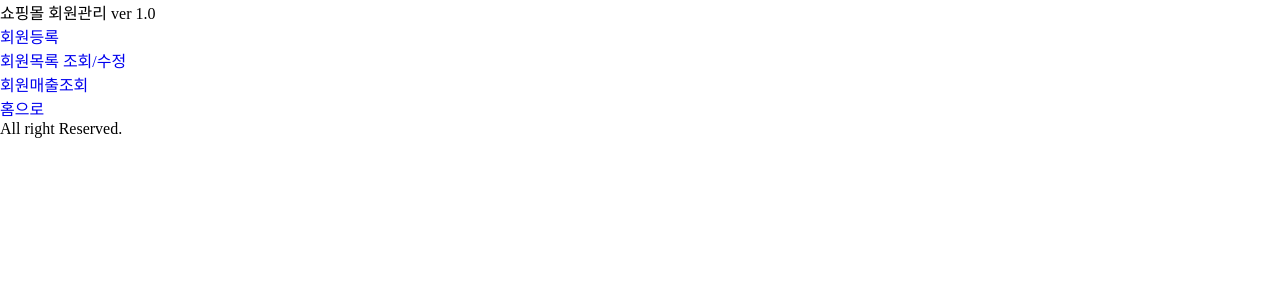
Repository: foodduck/HRD_exam
Page: http://localhost/HRD_1234/
The author's editor kept a copy of each file at every save. The page is drawn from the files as they stood at one save, then again after the next save.
The browser window is 1280 px wide. The pictures show the whole page.
The page is served by Tomcat 9.

Above is the page before, as saved 2022-02-11 09:04:05.

### HRD_1234/WebContent/index.jsp
<%@ page language="java" contentType="text/html; charset=UTF-8"
    pageEncoding="UTF-8"%>
<!DOCTYPE html PUBLIC "-//W3C//DTD HTML 4.01 Transitional//EN" "http://www.w3.org/TR/html4/loose.dtd">
<html>
<head>
<meta http-equiv="Content-Type" content="text/html; charset=UTF-8">
<title>메인 메뉴</title>
<style>
	* {margin:0; padding:0}
	body, html {width:100%}
	ul {list-style:none;}
	a {text-decoration:none;}
	.wrap {width:100%; clear:both;}
</style>
</head>
<body>
<div class="wrap">
	<header class="hd">
	<div class="hd_wrap">
		<p>쇼핑몰 회원관리 ver 1.0</p>
	</div>
	</header>
	<nav>
	<ul class="tnb">
		<li><a href="makecustNo.jsp">회원등록</a></li>
		<li><a href="memberList.jsp">회원목록 조회/수정</a></li>
		<li><a href="memberSales">회원매출조회</a></li>
		<li><a href="index.jsp">홈으로</a></li>
	</ul>
	</nav>
	<section class="sec">
		<div class="sec_wrap">

		</div>
	</section>
	<footer class="ft">
	<div class="ft_wrap">
		<p>All right Reserved.</p>
	</div>
	</footer>
</div>
</body>
</html>

After the next save:
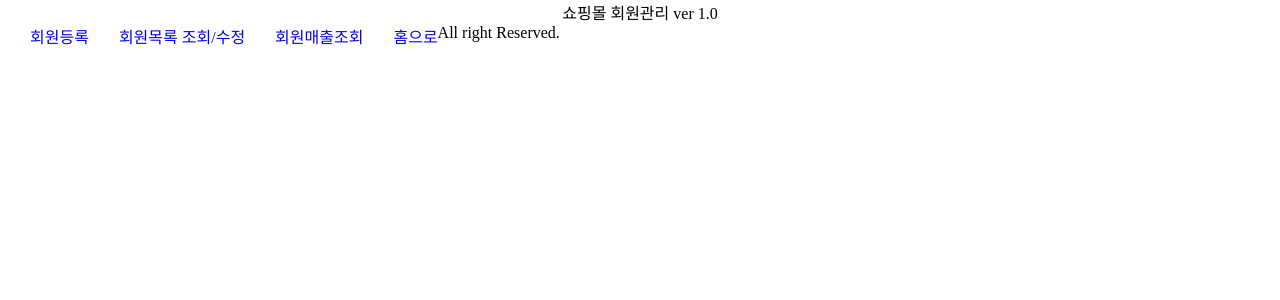
Saved 7 min 26 s later.
--- a/HRD_1234/WebContent/index.jsp
+++ b/HRD_1234/WebContent/index.jsp
@@ -11,6 +11,8 @@
 	ul {list-style:none;}
 	a {text-decoration:none;}
 	.wrap {width:100%; clear:both;}
+	.hd_wrap p {text-align:center}
+	.tnb li {float:left; margin-left:30px;}
 </style>
 </head>
 <body>
